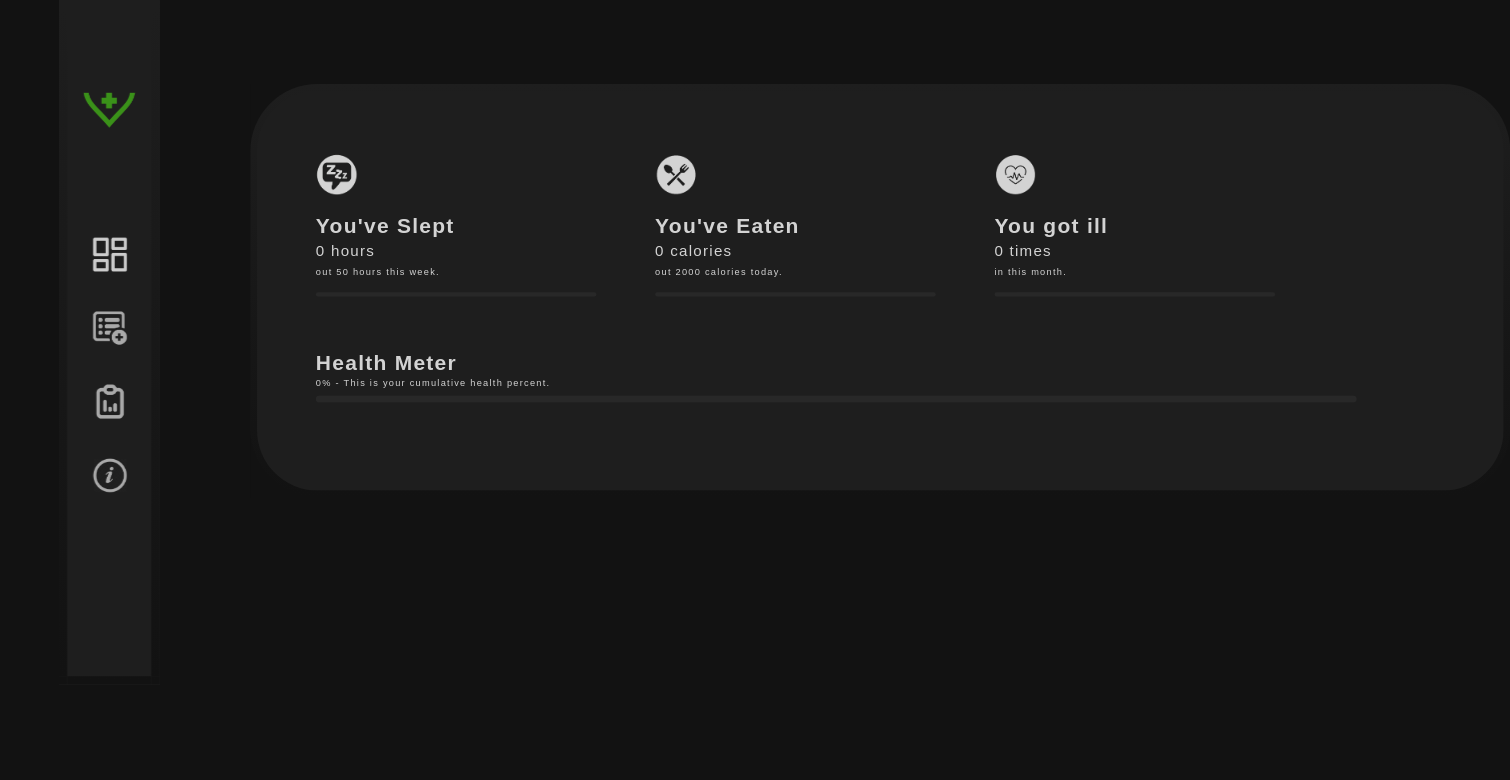
Repository: mhmd-bilal/health-analytics-dashboard
Page: http://localhost/project/anal.jsp
These files come from the project's save history. The page is drawn as it stood at one moment and after the next save; the edit follows.
The browser window is 1280 px wide. The page is 1798 px wide, so the pictures cover 1798 px, including what lies to the right of the window. The pictures show the whole page, at 84% of full size.
Some web fonts or font styles are not loaded; a fallback is used. Some web libraries are served in a nearby version. The page is served by Tomcat 10. Queries for data that is not in the repository find no rows.

Above is the page before, as saved 2023-12-07 15:58:36.

After the next save:
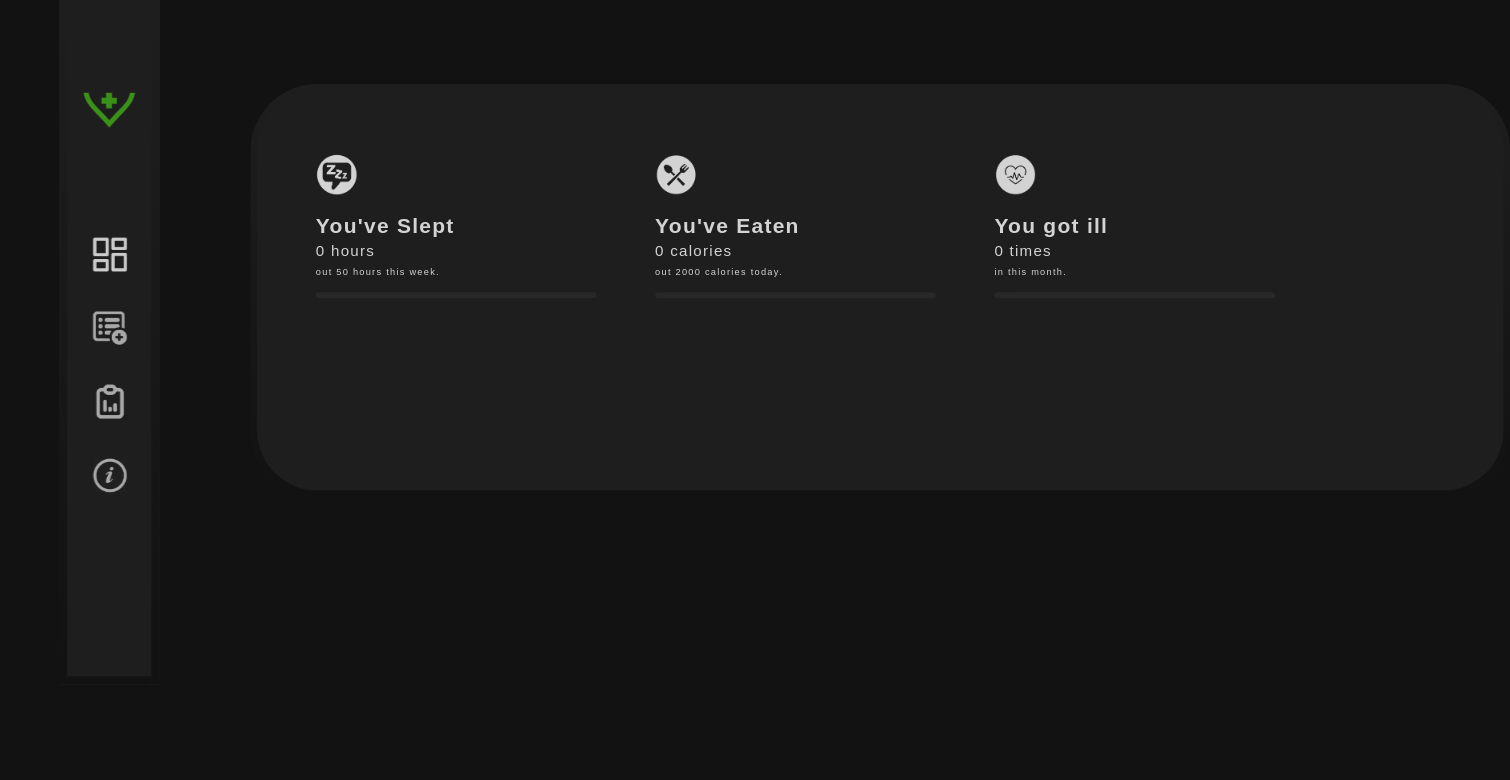
Saved 37 s later.
--- a/project/src/main/webapp/anal.jsp
+++ b/project/src/main/webapp/anal.jsp
@@ -73,16 +73,6 @@
               </div>
               <% int healthmeter=(3*sleeppercent+5*caloriepercent+2*illnessPercent)/10; %>
 
-                <div class="health-meter">
-                  <p class="count-text">Health Meter</p><br>
-                  <p class="count-count" style="font-size:11px;margin-top:-20px">
-                    <%out.print(healthmeter + "%" );%> - This is your cumulative health percent.
-                  </p>
-                  </p>
-                  <div class="pbbg" style="height: 5%;">
-                    <div class="pb" style="width: <%=healthmeter %>%;max-width:100%;min-width:0%"></div>
-                  </div>
-                </div>
             </div>
           </div>
         </div>
